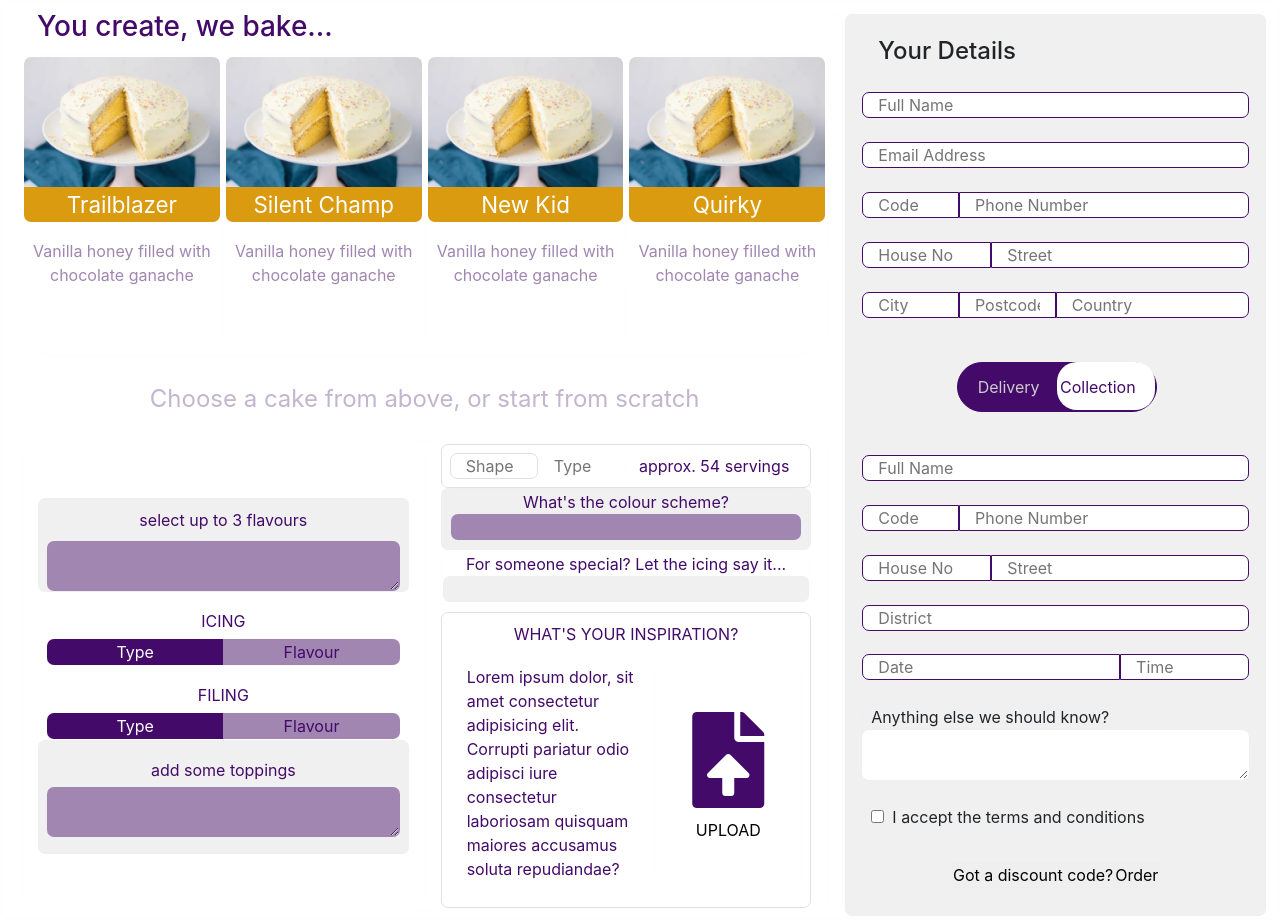
Repository: I-Alpha/BakeryOrderForm
Page: Order-Page.html
An editor plug-in stored every save of this project. The page is shown before and after a run of saves, followed by the edit.
The browser window is 1280 px wide. The pictures show the whole page.

Above is the page before, as saved 2020-12-29 05:12:54.

### Order-Page.html
<!DOCTYPE html>
<html lang="en">

<head>
    <meta charset="UTF-8">
    <meta name="viewport" content="width=device-width, initial-scale=1.0">
    <link rel="stylesheet" href="https://use.fontawesome.com/releases/v5.7.0/css/all.css"
        integrity="sha384-lZN37f5QGtY3VHgisS14W3ExzMWZxybE1SJSEsQp9S+oqd12jhcu+A56Ebc1zFSJ" crossorigin="anonymous">
    <link href="https://stackpath.bootstrapcdn.com/bootstrap/4.5.2/css/bootstrap.min.css" rel="stylesheet">
    <script src="https://ajax.googleapis.com/ajax/libs/jquery/3.5.1/jquery.min.js"></script>
    <script src="https://stackpath.bootstrapcdn.com/bootstrap/4.5.2/js/bootstrap.bundle.min.js"></script>
    <title>Document</title>
    <style>
        :root {
            --primary-font: 1.6rem;
            --cake-font-size: 1.4rem;
            --secondary-font: 1rem;
            --primary-colour: #430a69ff;
            --secondary-colour: #a186b1ff;
            --text-faded: #c3b5ce;
            --background-faded: rgb(240, 240, 240);
        }

        * {
            border: 1px solid rgba(0, 0, 0, 0.002);
            border-radius: 7px;
            box-sizing: border-box;
            margin: 0;
            padding: 0;
        }

        html {
            font-size: 1rem;
        }

        html,
        body,
        .container-fluid {
            width: 100%;
            background-color: white;
        }

        body span.switcher {
            position: relative;
            width: 200px;
            height: 50px;
            border-radius: 25px;
            margin: 20px 0;
        }

        body span.switcher input {
            -webkit-appearance: none;
            -moz-appearance: none;
            appearance: none;
            position: relative;
            width: 200px;
            height: 50px;
            border-radius: 25px;
        }

        body span.switcher input:before,
        body span.switcher input:after {
            z-index: 2;
            position: absolute;
            top: 50%;
            transform: translateY(-50%);
            color: #FFFFFF;
        }

        body span.switcher input:before {
            content: "Delivery";
            left: 20px;
        }

        body span.switcher input:after {
            content: "Collection";
            right: 20px;
        }

        body span.switcher label {
            z-index: 1;
            position: absolute;
            top: 0px;
            bottom: 0px;
            border-radius: 20px;
        }

        body span.switcher.switcher-1 input {
            transition: 0.25s -0.1s;

        }

        body span.switcher.switcher-1 input:checked {

            background-color: var(--primary-colour);
        }

        body span.switcher.switcher-1 input:checked:before {
            color: var(--primary-colour);
            transition: color 0.5s 0.2s;
        }

        body span.switcher.switcher-1 input:checked:after {
            color: #CCCCCC;
            transition: color 0.5s;
        }

        body span.switcher.switcher-1 input:checked+label {
            left: 10px;
            right: 100px;
            background:  white;
            transition: left 0.5s, right 0.4s 0.2s;
        }

        body span.switcher.switcher-1 input:not(:checked) {
            background:  var(--primary-colour);
            transition: background 0.5s -0.1s;
        }

        body span.switcher.switcher-1 input:not(:checked):before {
            color: #CCCCCC;
            transition: color 0.5s;
        }

        body span.switcher.switcher-1 input:not(:checked):after {
            color:  var(--primary-colour);
            transition: color 0.5s 0.2s;
        }

        body span.switcher.switcher-1 input:not(:checked)+label {
            left: 100px;
            right: 0px;
            top:0;
            background-color:white;
            height:100%;
            transition: left 0.4s 0.2s, right 0.5s, background 0.35s -0.1s;
        }


        #sec2-label {
            color: var(--text-faded);
            font-size: 1.5rem;

        }

        .purple_font {
            color: #430a69ff;
        }

        .light_purple_font {
            color: #a186b1ff;
        }

        .light_purple_background {
            background-color: #a186b1ff;
        }


        .purple_background {
            background-color: #430a69ff;
        }

        .textfaded {
            color: var(--text-faded);
        }

        .background_faded {
            background-color: var(--background-faded);
        }

        .buttergold {
            background-color: #da9b0eff
        }

        .input-group {}

        .pull-up {
            top: -50%;
        }

        .split-row-1 {
            height: 100%;
        }

        .split-row-2 {
            height: 50%;
        }

        #main_col_1 * {}

        #main_col_1 {}

        #main_col_2 * {}

        #main_col_2 {
            background-color: rgb(240, 240, 240);
            height: auto;
            justify-content: center;
            padding: 5px 5px;
        }

        #main_col_2 div.input-group {
            padding-top: 5px;
            padding-bottom: 5px;
        }

        #main_col_2 input {
            border: 1px solid var(--primary-colour);
        }


        #main_col_1 .input-group,
        #main_col_2 .input-group {}

        .col-8,
        .col-4 {}

        #deliveryBtn.active {
            background-color: var(--primary-colour);
            color: var(--primary-colour);
        }

        #collectionBtn.active {
            background-color: var(--primary-colour);
            color: var(--primary-colour);
        }

        #collectionBtn,
        #deliveryBtn {
            border-radius: 30px;
            border: 1px solid var(--primary-colour);
            display: inline-block;

        }

        #collectionBtn {}

        #deliveryBtn {}


        #deliveryBtn {
            background-color: white;
        }

        #collectionBtn {
            background-color: white;
            border: 1px solid var(--primary-colour);
        }



        #cake-image-container p:nth-child(2) {
            background-color: #da9b10;
            color: white;
            border-top-left-radius: 0;
            border-top-right-radius: 0;
        }

        #cake-image-container {
            padding: 0;
            margin: 0;
        }

        div#cake-image-container p:nth-child(3) {
            color: var(--secondary-colour);
        }

        #cake-image-container>div {
            font-size: var(--secondary-font);
            border-radius: 15px 15px 15px 15px;
            min-height: 100px;
            min-width: 140px;
        }

        .left-curve {
            border-top-right-radius: 0;
            border-bottom-right-radius: 0;
        }

        .right-curve {
            border-top-left-radius: 0;
            border-bottom-left-radius: 0;
        }

        #cake-image-container div * {}

        #cake-image-container div img {
            border-bottom-left-radius: 0;
            border-bottom-right-radius: 0;
            min-height: 120px;
        }

        #cake-image-container p {
            display: flex;
            text-align: center;
            justify-content: center;
            align-items: center;
        }

        p {}

        div.h3 {
            text-align: center;
        }

        .input-group {
            display: flex;
        }

        .switch6 {
            max-width: 17em;
            margin: 0 auto;
        }

        .switch6-light>span,
        .switch-toggle>span {
            color: #000000;
        }

        .switch6-light span span,
        .switch6-light label,
        .switch-toggle span span,
        .switch-toggle label {
            color: #2b2b2b;
        }

        .switch-toggle a,
        .switch6-light span span {
            display: none;
        }

        .switch6-light {
            display: block;
            height: 30px;
            position: relative;
            overflow: visible;
            padding: 0px;
            margin-left: 0px;
        }

        .switch6-light * {
            box-sizing: border-box;
        }

        .switch6-light a {
            display: block;
            transition: all 0.3s ease-out 0s;
        }

        .switch6-light label,
        .switch6-light>span {
            line-height: 30px;
            vertical-align: middle;
        }

        .switch6-light label {
            font-weight: 700;
            margin-bottom: px;
            max-width: 100%;
        }

        .switch6-light input:focus~a,
        .switch6-light input:focus+label {
            outline: 1px dotted rgb(136, 136, 136);
        }

        .switch6-light input {
            position: absolute;
            opacity: 0;
            z-index: 5;
        }

        .switch6-light input:checked~a {
            right: 0%;
        }

        .switch6-light>span {
            position: absolute;
            left: -100px;
            width: 100%;
            margin: 0px;
            padding-right: 100px;
            text-align: left;
        }

        .switch6-light>span span {
            position: absolute;
            top: 0px;
            left: 0px;
            z-index: 5;
            display: block;
            width: 50%;
            margin-left: 100px;
            text-align: center;
        }

        .switch6-light>span span:last-child {
            left: 50%;
        }

        .switch6-light a {
            position: absolute;
            right: 50%;
            top: 0px;
            z-index: 4;
            display: block;
            width: 50%;
            height: 100%;
            padding: 0px;
        }

        /* Extra small devices (portrait phones, less than 576px)
         No media query since this is the default in Bootstrap */

        /* Small devices (landscape phones, 576px and up) */
        @media (min-width: 576px) {
            html {}

            #main_col_1 {
                justify-content: space-around;
                align-items: space-around;
                padding: 15px;
            }

            #main_col_2 {
                padding: 15px;
                max-width: 89%;
            }

            div.h3 {
                width: 100%;
                text-align: start;
            }


            #cake-image-container>div {
                width: 150px;
                font-size: var(--secondary-font);
                border-radius: 15px 15px 15px 15px;
                min-height: 300px;
                padding: 20px 15px 10px 15px;

            }
        }

        /* Medium devices (tablets, 768px and up) */
        @media (min-width: 768px) {

            #main_col_1 {
                min-height: 100vh;
                justify-content: center;
                align-items: center;
            }

            html {}

            body {
                align-items: center;
                justify-content: center;
                padding: 10px 10px 0 0px;
            }

            #cake-image-container p:nth-child(2) {
                background-color: #da9b10;
                font-size: var(--cake-font-size);
                color: white;
                border-top-left-radius: 0;
                border-top-right-radius: 0;
            }

            div.h3 {
                text-align: none;
                margin-top: -10px;
                padding-top: 0px;
            }
        }

        /* Large devices (desktops, 992px and up) */
        @media (min-width: 992px) {
            #cake-image-container>div {
                min-width: 140px;
                padding: 2px;
            }

            #collectionBtn,
            #deliveryBtn {
                border-radius: 30px;
                border: 1px solid var(--primary-colour);
                display: inline-block;
                height: 2rem;
                padding-top: 0;
                line-height: 1rem;
                padding-bottom: 3px;
            }

            #main_col_2 {
                height: 100%;
                align-items: space-around;
                justify-content: space-around;
            }
        }



        /* Extra large devices (large desktops, 1200px and up) */
        @media (min-width: 1200px) {}
    </style>
</head>

<body>
    <div class="container-fluid d-flex">
        <div class="row justify-content-center align-items-start">
            <div id="main_col_1"
                class=" d-flex flex-column col-12 col-sm-12 col-md-12 col-lg-8 purple_font py-1 justify-content-center align-items-center ">
                <div class="h3 w-100 px-3">You create, we bake...</div>
                <div id="cake-image-container"
                    class="row d-flex justify-content-between text-center container-fluid px-0">
                    <div class="d-flex flex-column col-6 col-sm-6 col-md-3 col-lg-3 ">
                        <img src="Assets\baked-yellow-cake.jpg" class="img-fluid" alt="Responsive image">
                        <p>Trailblazer</p>
                        <p>Vanilla honey filled with chocolate ganache</p>
                    </div>
                    <div class="d-flex flex-column col-6 col-sm-6 col-md-3 col-lg-3">
                        <img src="Assets\baked-yellow-cake.jpg" class="img-fluid" alt="Responsive image">
                        <p class="">Silent Champ</p>
                        <p>Vanilla honey filled with chocolate ganache</p>
                    </div>
                    <div class="d-flex flex-column col-6 col-sm-6 col-md-3 col-lg-3">
                        <img src="Assets\baked-yellow-cake.jpg" class="img-fluid" alt="Responsive image">
                        <p>New Kid</p>
                        <p>Vanilla honey filled with chocolate ganache</p>
                    </div>
                    <div class="d-flex flex-column col-6 col-sm-6 col-md-3 col-lg-3">
                        <img src="Assets\baked-yellow-cake.jpg" class="img-fluid" alt="Responsive image">
                        <p>Quirky</p>
                        <p>Vanilla honey filled with chocolate ganache</p>
                    </div>
                </div>
                <div class="col-12 col-sm-12 col-md-12 flex flex-column justify-content-center align-items-center"
                    style="justify-content:center;">
                    <div id="sec2-label" class="py-4 text-center">Choose a cake from above, or start from scratch</div>
                    <div class="row">
                        <div
                            class="col-12 col-sm-12 col-md-6 justify-content-center d-flex flex-column align-items-center">
                            <div class="row d-flex flex-column input-group background_faded px-2 ">
                                <p class="mb-2 mt-2 text-center">select up to 3 flavours</p>
                                <textarea class="w-100 light_purple_background"></textarea>
                            </div>
                            <p class="mb-1 mt-3">ICING</p>
                            <div class="row input-group px-2" style="justify-content:center;">
                                <input class="input col-6 w-100 purple_background text-center left-curve"
                                    style="color:white;" value="Type"><input
                                    class="input col-6 w-100 light_purple_background text-center right-curve"
                                    style="color:var(--primary-colour);" value="Flavour">
                            </div>
                            <p class="mb-1 mt-3">FILING</p>
                            <div class="row input-group px-2" style="justify-content:center;">
                                <input class="input col-6 w-100 purple_background text-center left-curve"
                                    style="color:white;" value="Type"><input
                                    class="input col-6 w-100 light_purple_background text-center right-curve"
                                    style="color:var(--primary-colour);" value="Flavour">
                            </div>
                            <div
                                class="row d-flex flex-column input-group background_faded align-items-center pb-3 px-2">
                                <p class="mb-1 mt-3">add some toppings</p>
                                <textarea class="w-100 light_purple_background"></textarea>
                            </div>
                        </div>
                        <div class="col d-flex flex-column justify-content-between align-items-around">
                            <div class="row-lg-1 input-group d-flex align-items-start justify-content-center border my-0 w-100 pt-2 px-2"
                                style="height:auto">
                                <input class="input w-100 border col-3" placeholder="Shape">
                                <input class="input w-100 col-3 " placeholder="Type">
                                <label
                                    class="col-6 p-0 text-center d-flex w-100 justify-content-center align-items-center">approx.
                                    54 servings</label>
                            </div>
                            <div class="input-group justify-content-center row-lg-3 background_faded px-2">
                                <label class="text-center w-100"> What's the colour scheme?
                                    <input class="input w-100 light_purple_background">
                                </label>
                            </div>
                            <div class="input-group w-100 justify-content-center align-items-around row-lg-3">
                                <label class="text-center w-100 ">For someone special? Let the icing say it...
                                    <input class="input w-100 background_faded">
                                </label>
                            </div>
                            <div class="input-group row-lg-5 d-flex flex-column align-items-center border py-2 px-2">
                                <p class="row-lg-1 ">WHAT'S YOUR INSPIRATION?</p>
                                <div class="row-lg-11 input-group d-flex">
                                    <p class="col-7">Lorem ipsum dolor, sit amet consectetur adipisicing elit.
                                        Corrupti pariatur odio adipisci iure consectetur laboriosam quisquam maiores
                                        accusamus soluta repudiandae?</p>
                                    <label class="col-5 d-flex justify-content-center flex-column align-items-center">
                                        <i class="row fas fa-file-upload" style="font-size: 6rem;"></i>
                                        <button style="background:white" class="row mt-2">UPLOAD</button>
                                    </label>
                                </div>
                            </div>
                        </div>
                    </div>
                </div>
            </div>
            <div id="main_col_2"
                class="col-12 col-sm-12 col-md-12 col-lg-4 d-flex flex-column align-items-center justify-content-around">
                <div class="h4 w-100 px-3">Your Details</div>
                <div class="input-group">
                    <input class="col " placeholder="Full Name">
                </div>
                <div class="input-group">
                    <input class="col" placeholder="Email Address">
                </div>
                <div class="input-group">
                    <input class="col-3 left-curve" placeholder="Code"><input class="col-9 right-curve"
                        placeholder="Phone Number">
                </div>
                <div class="input-group">
                    <input class="col-4 left-curve" placeholder="House No"><input class="col-8 right-curve"
                        placeholder="Street">
                </div>
                <div class="input-group">
                    <input class="col-3 left-curve" placeholder="City">
                    <input class="col-3" style="border-radius: 0%;" placeholder="Postcode">
                    <input class="col-6 right-curve" placeholder="Country">
                </div>
                <div class="input-group d-flex w-100 h-10 justify-content-center">
                    <span class="switcher switcher-1 ">
                        <input type="checkbox" id="switcher-1">
                        <label for="switcher-1"></label>
                    </span>
                </div>
                <div class="input-group">
                    <input class="col" placeholder="Full Name">
                </div>
                <div class="input-group">
                    <input class="col-3 left-curve" placeholder="Code"><input class="col-9 right-curve"
                        placeholder="Phone Number">
                </div>
                <div class="input-group">
                    <input class="col-4 left-curve" placeholder="House No"><input class="col-8 right-curve"
                        placeholder="Street">
                </div>
                <div class="input-group">
                    <input class="col" placeholder="District">
                </div>
                <div class="input-group">
                    <input class="col-8 left-curve" placeholder="Date"><input class="col-4 right-curve"
                        placeholder="Time">
                </div>
                <div class="input-group">
                    <p class=" mb-0 pl-2">Anything else we should know?</p>
                    <textarea class="input-fluid   w-100 "></textarea>
                </div>
                <div class="input-group">
                    <label for="tc_Check">
                        <input id="tc_Check" type="checkbox" class="input mx-2">I accept the terms and conditions
                    </label>
                </div>
                <div class="row input-group justify-content-center ">
                    <button>Got a discount code?</button>
                    <button>Order</button>
                </div>
            </div>
        </div>
    </div>
    <script>
        $('.btn-toggle').click(function () {

            $(this).find('.btn').toggleClass('active');

            if ($(this).find('.btn-primary').size() > 0) {
                $(this).find('.btn').toggleClass('btn-primary');
            }
            if ($(this).find('.btn-default').size() > 0) {
                $(this).find('.btn').toggleClass('btn-default');
            }
            if ($(this).find('.btn-success').size() > 0) {
                $(this).find('.btn').toggleClass('btn-success');
            }
            if ($(this).find('.btn-info').size() > 0) {
                $(this).find('.btn').toggleClass('btn-info');
            }
            $(this).find('.btn').toggleClass('btn-default');

        });
    </script>
</body>

</html>

After the next 2 saves:
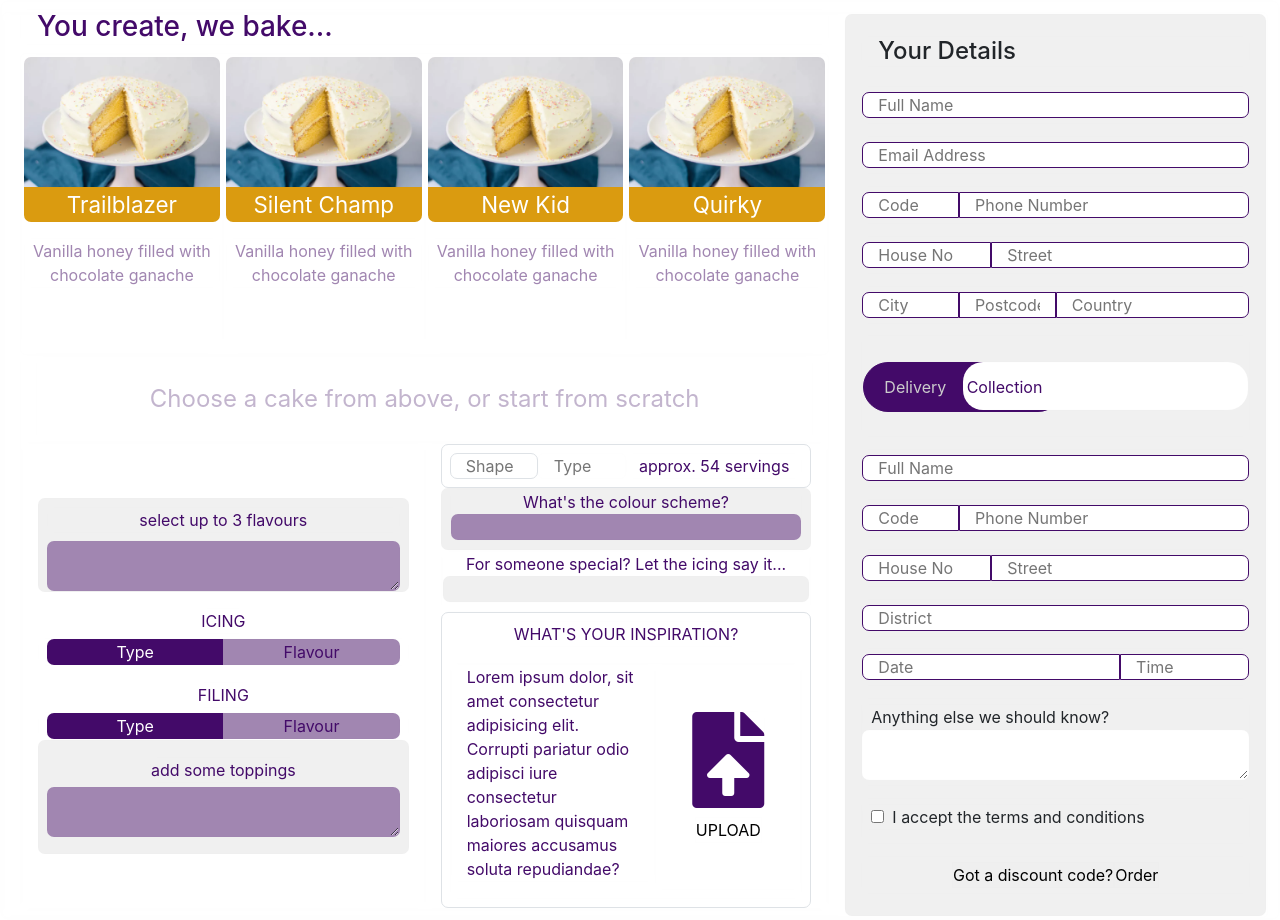
The 2 saves are shown as one change because they came seconds apart.
The last was saved 13 s later.
--- a/Order-Page.html
+++ b/Order-Page.html
@@ -624,7 +624,7 @@
                     <input class="col-6 right-curve" placeholder="Country">
                 </div>
                 <div class="input-group d-flex w-100 h-10 justify-content-center">
-                    <span class="switcher switcher-1 ">
+                    <span class="switcher switcher-1 w-100 ">
                         <input type="checkbox" id="switcher-1">
                         <label for="switcher-1"></label>
                     </span>
